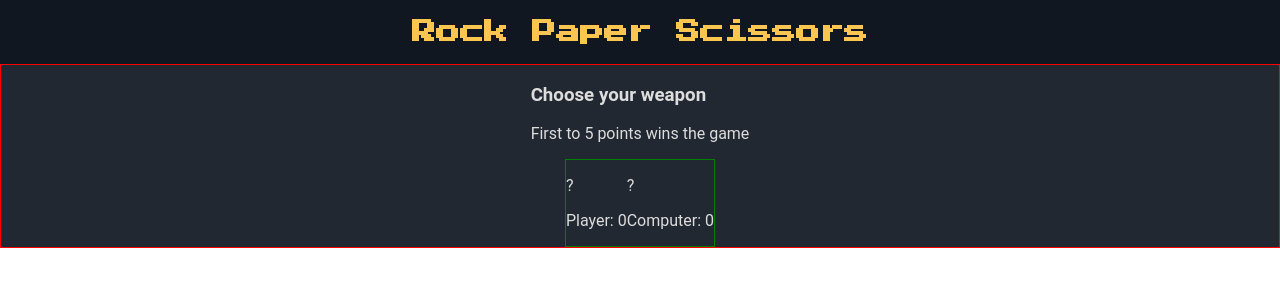
Repository: Aaryan-Poria/Rock-Paper-Scissors
Page: index.html
These files come from the project's save history. The page is drawn as it stood at one moment and after the next save; the edit follows.
The browser window is 1280 px wide. The pictures show the whole page.

Above is the page before, as saved 2023-08-21 21:36:55.

### index.html
<!DOCTYPE html>
<html lang="en">
  <head>
    <meta charset="UTF-8" />
    <meta name="viewport" content="width=device-width, initial-scale=1.0" />
    <title>Rock Paper Scissors</title>
    <link rel="preconnect" href="https://fonts.googleapis.com" />
    <link rel="preconnect" href="https://fonts.gstatic.com" crossorigin />
    <link
      href="https://fonts.googleapis.com/css2?family=Press+Start+2P&display=swap"
      rel="stylesheet"
    />
    <link rel="stylesheet" href="style.css" />
  </head>

  <body>
    <section class="head">
      <h2>Rock Paper Scissors</h2>
    </section>
    <section class="main">
      <div class="main-text">
        <h3>Choose your weapon</h3>
        <p>First to 5 points wins the game</p>
      </div>
      <div class="text-content">
        <div class="info player">
          <p class="qmark 1">?</p>
          <p class="score 1">Player: 0</p>
        </div>
        <div class="info comp">
          <p class="qmark 2">?</p>
          <p class="score 2">Computer: 0</p>
        </div>
      </div>
    </section>
  </body>
</html>

### style.css
body {
  margin: 0;
  padding: 0;
  display: flex;
  flex-direction: column;
}
.head {
  display: flex;
  justify-content: center;
  align-items: center;
  color: #fac650;
  background-color: #111720;
  font-family: "Press Start 2P", cursive;
}
.main {
  display: flex;
  flex-direction: column;
  background-color: #222831;
  color: #dddddd;
  font-family: "Roboto", sans-serif;
  align-items: center;
  border: 1px solid red;
}
.text-content {
  display: flex;
  border: 1px solid green;
}

After the next save:
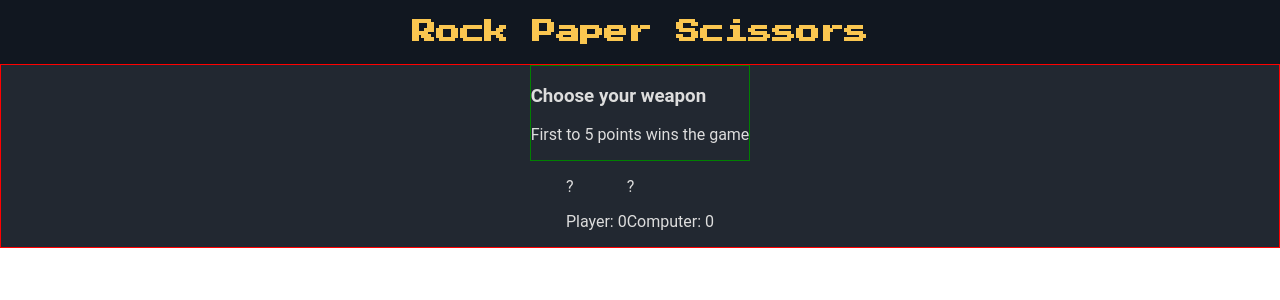
Saved 40 s later.
--- a/style.css
+++ b/style.css
@@ -21,7 +21,9 @@ body {
   align-items: center;
   border: 1px solid red;
 }
+.main-text {
+  border: 1px solid green;
+}
 .text-content {
   display: flex;
-  border: 1px solid green;
 }
